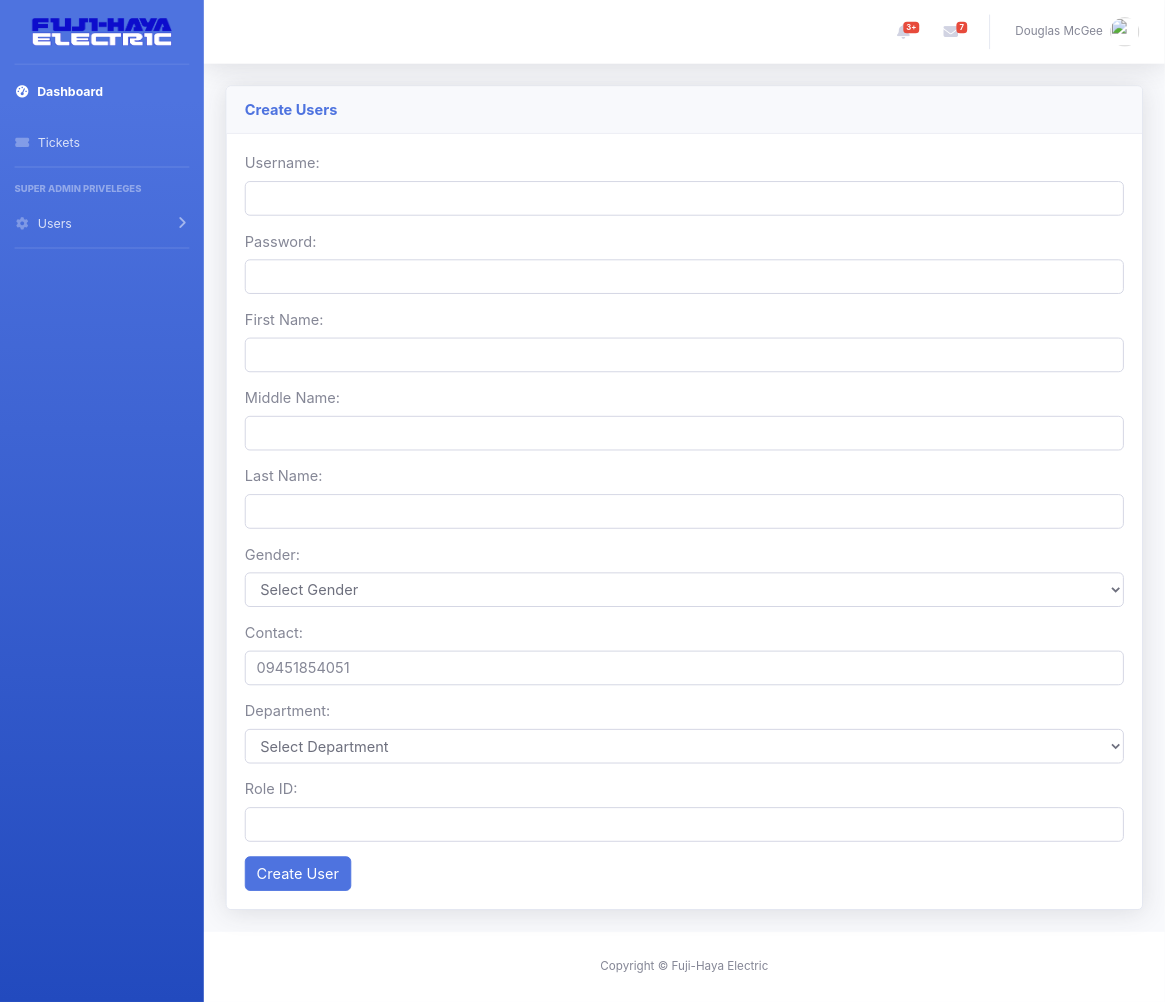
Repository: ejerasga/ticket-inventory
Page: http://localhost/user/create
An editor plug-in stored every save of this project. The page is shown before and after a run of saves, followed by the edit.
The browser window is 1280 px wide. The pictures show the whole page, at 91% of full size.
The page is served by the project's Laravel application, run on PHP 8.4 with Laravel 10. Other server files are loaded and not shown. Queries for data that is not in the repository find no rows.

Above is the page before, as saved 2025-02-13 16:26:20.

### routes/web.php
<?php

use Illuminate\Support\Facades\Route;
use App\Http\Controllers\Auth\LoginController;
use App\Http\Controllers\UserController;
use App\Http\Controllers\DashboardController;

Route::get('/', function () {
    return view('login');
});

Route::get('/dashboard', function () {
    return view('dashboard');
})->middleware('auth');


// Show the login form
Route::get('login', [LoginController::class, 'showLoginForm'])->name('login');

// Handle the login form submission
Route::post('login', [LoginController::class, 'login']);

// Handle logout
Route::post('logout', [LoginController::class, 'logout'])->name('logout');


Route::get('/dashboard', [DashboardController::class, 'index'])->name('dashboard');  // send user to dashboard

Route::get('/user/create', [UserController::class, 'index'])->name('user_create');  // send user to creating users page

### app/Http/Controllers/UserController.php
<?php

namespace App\Http\Controllers;

use Illuminate\Http\Request;
use App\Models\User;
use App\Http\Requests\CreateUserValidation;
use Illuminate\Support\Facades\Hash;
use App\Models\Department;

class UserController extends Controller
{
    public function index()
    {
        $departments = Department::all(); // Fetch all departments
        return view('users.create_users', compact('departments'));
    }



}

### app/Models/Department.php
<?php

namespace App\Models;

use Illuminate\Database\Eloquent\Factories\HasFactory;
use Illuminate\Database\Eloquent\Model;

class Department extends Model
{
    use HasFactory;

    protected $table = 'departments';

    protected $primaryKey = 'd_id'; // primary key
    protected $fillable = ['d_name'];

    public $timestamps = false; // `created_at` and `updated_at` are NULL


    public function users() {
        return $this->hasMany(User::class, 'd_id');
    }

}

### resources/views/users/create_users.blade.php
@extends('layout.header')
    @section('content')


    <div class="container-fluid">

        <!-- Page Heading -->
        {{-- <div class="d-sm-flex align-items-center justify-content-between mb-4">
            <h1 class="h3 mb-0 text-gray-800">Create Users</h1>
        </div> --}}

        <div class="card shadow mb-4">
            <div class="card-header py-3">
                <h6 class="m-0 font-weight-bold text-primary">Create Users</h6>
            </div>
            <div class="card-body">
                <form action="" method="post" autocomplete="off">
                    @csrf
                    <div class="form-group">
                        <label for="u_username">Username:</label>
                        <input type="text" class="form-control" id="u_username" name="u_username" aria-describedby="emailHelp">
                        @error('u_username')
                            <span class="error text-danger">{{ $message }}</span>
                        @enderror
                    </div>

                    <div class="form-group">
                        <label for="u_password">Password:</label>
                        <input type="password" class="form-control" id="u_password" name="u_password">
                        @error('u_password')
                            <span class="error text-danger">{{ $message }}</span>
                        @enderror
                    </div>

                    <div class="form-group">
                        <label for="u_fname">First Name:</label>
                        <input type="text" class="form-control" id="u_fname" name="u_fname">
                        @error('u_fname')
                            <span class="error text-danger">{{ $message }}</span>
                        @enderror
                    </div>

                    <div class="form-group">
                        <label for="u_mname">Middle Name:</label>
                        <input type="text" class="form-control" id="u_mname" name="u_mname">
                        @error('u_mname')
                            <span class="error text-danger">{{ $message }}</span>
                        @enderror
                    </div>

                    <div class="form-group">
                        <label for="u_lname">Last Name:</label>
                        <input type="text" class="form-control" id="u_lname" name="u_lname">
                        @error('u_lname')
                            <span class="error text-danger">{{ $message }}</span>
                        @enderror
                    </div>

                    <div class="form-group">
                        <label for="u_gender">Gender:</label>
                        <select class="form-control" id="u_gender" name="u_gender">
                            <option value="">Select Gender</option>
                            <option value="1">Male</option>
                            <option value="0">Female</option>
                        </select>
                        @error('u_gender')
                            <span class="error text-danger">{{ $message }}</span>
                        @enderror
                    </div>

                    <div class="form-group">
                        <label for="u_contact">Contact:</label>
                        <input type="tel" class="form-control" id="u_contact" name="u_contact" placeholder="09451854051" pattern="[0-9]{4}-[0-9]{3}-[0-9]{4}">
                    </div>

                    <div class="form-group">
                        <label for="d_id">Department:</label>
                        <select class="form-control" id="d_id" name="d_id">
                            <option value="">Select Department</option>
                            @foreach ($departments as $department)
                                <option value="{{ $department->d_id }}">{{ $department->d_name }}</option>
                            @endforeach
                        </select>
                    </div>

                    <div class="form-group">
                        <label for="r_id">Role ID:</label>
                        <input type="text" class="form-control" id="r_id" name="r_id">
                    </div>

                    <button type="submit" class="btn btn-primary">Create User</button>
                </form>
            </div>
        </div>

    </div>

@endsection

Loaded but not shown: app/Providers/AppServiceProvider.php (common file); app/Http/Controllers/Controller.php (common file); public/assets/css/sb-admin-2.min.css (library); public/assets/js/jquery.min.js (library); public/assets/js/bootstrap.bundle.min.js (library); public/assets/js/jquery.easing.min.js (common file); resources/views/layout/header.blade.php (358 lines, source omitted)

After the next 2 saves:
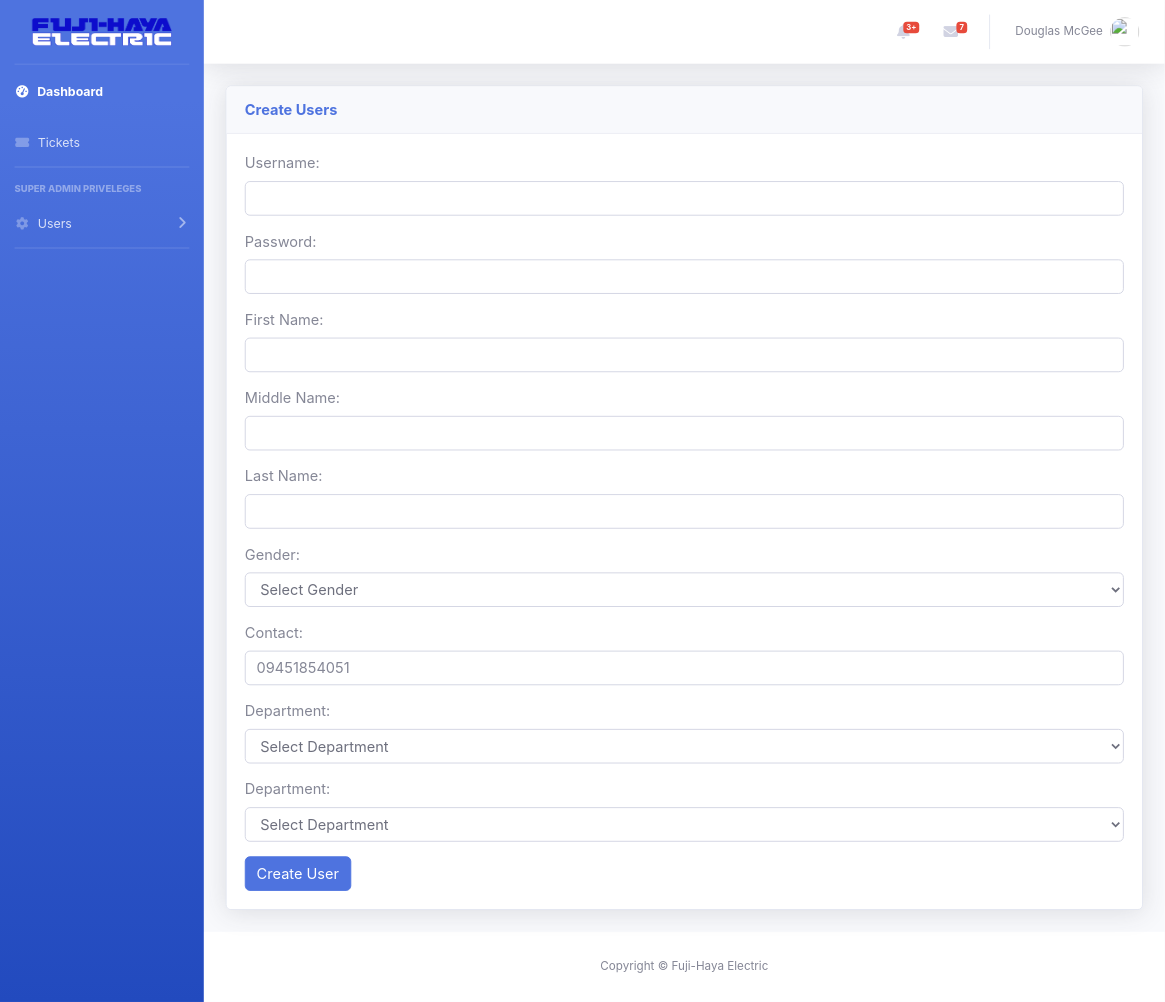
The 2 saves are shown as one change because they came seconds apart.
The last was saved 25 s later.
--- a/resources/views/users/create_users.blade.php
+++ b/resources/views/users/create_users.blade.php
@@ -84,8 +84,13 @@
                     </div>
 
                     <div class="form-group">
-                        <label for="r_id">Role ID:</label>
-                        <input type="text" class="form-control" id="r_id" name="r_id">
+                        <label for="d_id">Department:</label>
+                        <select class="form-control" id="r_id" name="d_id">
+                            <option value="">Select Department</option>
+                            @foreach ($departments as $department)
+                                <option value="{{ $department->d_id }}">{{ $department->d_name }}</option>
+                            @endforeach
+                        </select>
                     </div>
 
                     <button type="submit" class="btn btn-primary">Create User</button>
